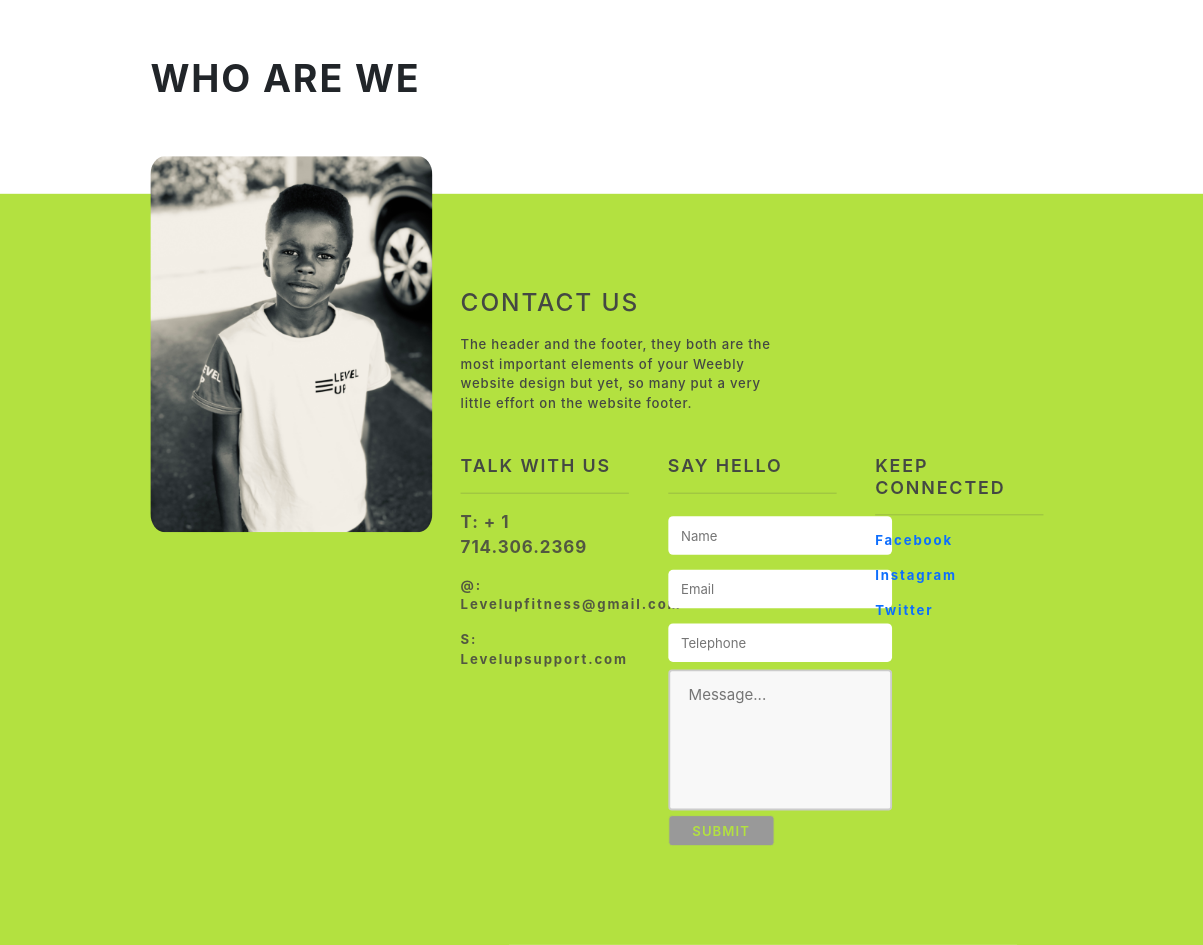
Repository: Bojurie/Level-up
Page: /about (app in client/)
An editor plug-in stored every save of this project. The page is shown before and after the next save, followed by the edit.
The browser window is 1280 px wide. The pictures show the part of the page from y = 314 to 1365 px (the page is 1319 px tall before and 1365 px after), at 94% of full size.
Some web fonts or font styles are not loaded; a fallback is used. Some web libraries are served in a nearby version. The project was rebuilt for these pictures with package versions that can differ from the ones it lists, and the page was loaded fresh each time. Also part of the build but not shown: client/src/components/Carousel.js, client/src/components/HomeVlog.css, client/src/components/HomeVlog.js, client/src/components/homeProducts.css, client/src/components/HomeProducts.js, client/src/components/Card.js, client/src/components/HomeShop.css, client/src/components/HomeShop.js and 10 more. Imported but missing from the stored project, and not drawn on this page: client/src/components/Chart.

Above is the page before, as saved 2022-11-30 06:26:35.

### client/public/index.html
<!DOCTYPE html>
<html lang="en">
  <head>
    <meta charset="utf-8" />
    <link rel="icon" href="%PUBLIC_URL%/favicon.ico" />
    <meta name="viewport" content="width=device-width, initial-scale=1" />
    <meta name="theme-color" content="#000000" />
    <meta
      name="description"
      content="Web site created using create-react-app"
    />
    <link rel="apple-touch-icon" href="%PUBLIC_URL%/logo192.png" />
    <link rel="manifest" href="%PUBLIC_URL%/manifest.json" />

    <link rel="preconnect" href="https://fonts.googleapis.com" />
    <link rel="preconnect" href="https://fonts.gstatic.com" crossorigin />
    <link
      href="https://fonts.googleapis.com/css2?family=Asap+Condensed:ital,wght@0,400;0,500;1,400&family=Chivo:wght@300;400&family=Jura:wght@300;400;500;600;700&family=Lato:ital,wght@0,400;0,700;1,400&family=Nunito+Sans:wght@400;600&family=Oswald:wght@300;500;700&family=Playball&family=Roboto:ital,wght@0,400;0,500;1,500&family=Wallpoet&display=swap"
      rel="stylesheet"
    />

    <link
      rel="stylesheet"
      href="https://cdn.jsdelivr.net/npm/bootstrap@5.1.3/dist/css/bootstrap.min.css"
      integrity="sha384-1BmE4kWBq78iYhFldvKuhfTAU6auU8tT94WrHftjDbrCEXSU1oBoqyl2QvZ6jIW3"
      crossorigin="anonymous"
    />
    <script
      src="https://kit.fontawesome.com/5ffdb52964.js"
      crossorigin="anonymous"
    ></script>
    <title>React App</title>
    <script
      src="https://kit.fontawesome.com/5ffdb52964.js"
      crossorigin="anonymous"
    ></script>
  </head>
  <body>
    <noscript>You need to enable JavaScript to run this app.</noscript>
    <div id="root"></div>
    <!--
      This HTML file is a template.
      If you open it directly in the browser, you will see an empty page.

      You can add webfonts, meta tags, or analytics to this file.
      The build step will place the bundled scripts into the <body> tag.

      To begin the development, run `npm start` or `yarn start`.
      To create a production bundle, use `npm run build` or `yarn build`.
    -->
  </body>
</html>

### client/src/App.js
import React from 'react';
// import { BrowserRouter as Router, Route, Routes } from 'react-router-dom';
import { BrowserRouter as Router, Route, Routes} from 'react-router-dom'


import Home from './pages/Home';
import About from './pages/About';
import Shop from './pages/Shop';
import Contact from './pages/Contact';
import Navbar from './components/Navbar';
import Footer from './components/Footer';
import LogIn from './pages/LogIn';
import Register from './pages/Register';
import Chart from './components/Chart';
import Vlog from './pages/Vlog';

import {DataProvider} from './components/Context'


function App() {

  return (
        <Router>
          <DataProvider>
          <Navbar />
          <Routes>
              <Route path='/' element={<Home />} />
              <Route path='/about' element={<About />} />
              <Route path='/contact' element={<Contact />} />
              <Route path='/shop' element={<Shop />} />
              <Route path='/vlog' element={<Vlog />} />
              <Route path='/login' element={<LogIn/>} />
              <Route path='/register' element={<Register />} />
              <Route path='/chart' element={<Chart/>} />
          </Routes>
          <Footer />
          </DataProvider>
        </Router>
  );
}

export default App;

### client/src/pages/About.js
import React from 'react';
import './About.css';

import DarkImage from '../images/IMG_5367.jpg'
import { FormTitle } from '../components/FormTitle';
const imgse = DarkImage;

const About = () => {

  return (
    <div className='about'>
    <FormTitle className="sign-in-form__title" />
      <div className=''>
          <div className='aboutContainer'>
            <h1> Who Are We </h1>
            <div className='aboutContent'>
              <div className='aboutParagraph'>
                <div>
                    <div className='AboutHistory'>
                        <div className='history-img'>
                            <img src={imgse} alt='img'/>
                        </div>
                        <div className='history-content'>

                        </div>
                    </div>
                    <div className='AboutGoal'>

                    </div>
                    <div className='Aboutproduct'>

                    </div>
                </div>



              </div>
            </div>
          </div>
      </div>
    </div>
  );
}

export default About;

### client/src/components/Navbar.js
import React from 'react';
import { Link } from 'react-router-dom';

import './Navbar.css'
import Logo from '../images/Logo.png'



const Navbar = () => {
  return (
    <nav className='navbar'>
      <div className='navbar-wrapper'>
        <Link to='/' className='logo'>
            <img src={Logo} alt='logo' />
        </Link>
        <ul className='navbar-links'>
            <Link to='/' >Home </Link>
            <Link to='/shop'> Shop</Link>
            <Link to='/Vlog'> V-Log</Link>
            <Link to='/about'> About</Link>
            <Link to='/contact'> Contact</Link>
            <Link to='/login'> Login </Link>
            <Link to='/register'>SignUp</Link>
            <Link to='/chart'><i class="fa-solid fa-cart-shopping"></i></Link>

        </ul>
      </div>

    </nav>
  );
}

export default Navbar;

### client/src/components/Footer.js
import React from 'react';
import { Link } from 'react-router-dom';
  import { FontAwesomeIcon } from '@fortawesome/react-fontawesome'
  import { instagram } from '@fortawesome/free-solid-svg-icons'

import './Footer.css';

const Footer = () => {
  return (
    <div className='footer'>
      <div className='footer-wrapper'>
        <div className='footer-header-wrapper'>
          <div className='footer-header'>
            <h1>Contact Us</h1>
          </div>
          <div className='footer-paragraph'>
            <p>The header and the footer, they both are the most important elements of your Weebly website design but yet, so many put a very little effort on the website footer.</p>
          </div>

        </div>
        <div className='footer-nav-content'>
            <div className='footer-navs-left'>
              <h3>Talk With Us</h3><hr/>
              <div className='footer-contact'>
                <div className='tel'>
                  <p>T: + 1 714.306.2369</p>
                </div>
                <div className='email'>
                  <p>@: Levelupfitness@gmail.com</p>
                </div>
                <div className='support'>
                  <p>S: Levelupsupport.com</p>
                </div>

              </div>

            </div>
            <div className='footer-navs-middle'>
                <h3>Say Hello</h3><hr/>
              <div className='footer-form'>

                  <form className='form'>
                    <input type='text' placeholder=' Name' />
                    <input type='text' placeholder=' Email' />
                    <input type='text' placeholder=' Telephone' />
                    <textarea placeholder='Message...' />
                  </form>
                  <div className='form-btn'>
                    <input type='submit' placeholder='' />
                  </div>

              </div>
            </div>
            <div className='footer-navs-right'>
              <h3>Keep Connected</h3><hr/>
              <div className='social-media'>
                <p><Link to='/'>Facebook</Link></p>
                <p><Link to='/'><FontAwesomeIcon icon="fa-brands fa-instagram" /> Instagram</Link></p>
                <p><Link to='/'>Twitter</Link></p>

              </div>

            </div>
        </div>


      </div>
    </div>
  );
}

export default Footer;

### client/src/components/Context.js
import React,{Component} from 'react';
export const DataContext = React.createContext();

export class DataProvider extends Component {
  constructor(props) {
    super(props)

    this.state = {
       products: [
         {
          "_id": "1",
          "title": "Level-Up Sweat Pant",
          "src": "https://images.unsplash.com/photo-1618354691373-d851c5c3a990?ixlib=rb-1.2.1&ixid=MnwxMjA3fDB8MHxwaG90by1wYWdlfHx8fGVufDB8fHx8&auto=format&fit=crop&w=658&q=80",
          "description": "Classic fit for running and outdoor activities.",
          "price": 39,
          "colors": ["red", "blue", "black"],
          "count": 2,
         },
         {
          "_id": "2",
          "title": "Kids Level-Up SweatPant",
          "src": "https://images.unsplash.com/flagged/photo-1555895312-bbc472c964f3?ixlib=rb-1.2.1&ixid=MnwxMjA3fDB8MHxwaG90by1wYWdlfHx8fGVufDB8fHx8&auto=format&fit=crop&w=388&q=80",
          "description": "Kids track sweatsuit for running or leisure activities",
          "price": 20,
          "colors": ["red", "blue", "black"],
          "count": 2,
         },
         {
          "_id": "3",
          "title": "Level Up Tank Top",
          "src": "https://images.unsplash.com/photo-1618354691373-d851c5c3a990?ixlib=rb-1.2.1&ixid=MnwxMjA3fDB8MHxwaG90by1wYWdlfHx8fGVufDB8fHx8&auto=format&fit=crop&w=658&q=80",
          "description": "description",
          "price": 20,
          "colors": ["red", "blue", "black"],
          "count": 2,
         },
         {
          "_id": "4",
          "title": "Level Up T-Shirt",
          "src": "https://images.unsplash.com/photo-1618354691373-d851c5c3a990?ixlib=rb-1.2.1&ixid=MnwxMjA3fDB8MHxwaG90by1wYWdlfHx8fGVufDB8fHx8&auto=format&fit=crop&w=658&q=80",
          "description": "description",
          "price": 20,
          "colors": ["red", "blue", "black"],
          "count": 2,
         },
         {
          "_id": "5",
          "title": "Level Up Sweater",
          "src": "https://images.unsplash.com/photo-1618354691373-d851c5c3a990?ixlib=rb-1.2.1&ixid=MnwxMjA3fDB8MHxwaG90by1wYWdlfHx8fGVufDB8fHx8&auto=format&fit=crop&w=658&q=80",
          "description": "description",
          "price": 20,
          "colors": ["red", "blue", "black"],
          "count": 2,
         },
         {
          "_id": "6",
          "title": "Level Up Embroidery Shirt",
          "src": "https://images.unsplash.com/photo-1618354691373-d851c5c3a990?ixlib=rb-1.2.1&ixid=MnwxMjA3fDB8MHxwaG90by1wYWdlfHx8fGVufDB8fHx8&auto=format&fit=crop&w=658&q=80",
          "description": "description",
          "price": 20,
          "colors": ["red", "blue", "black"],
          "count": 2,
         },
       ]
    }
  }

  render(){
    const {products} = this.state;
    return(
      <DataContext.Provider value={{products}}>
        {this.props.children}
      </DataContext.Provider>
    )
  }
}
export default DataProvider;

### client/src/pages/About.css


.aboutContainer h1 {
  padding: 20px 0 50px 0;
  text-transform: uppercase;
  font-weight: bold;
  letter-spacing: 2px;
}

.aboutContainer {
  padding: 40px 160px;
}

.aboutParagraph p {
  letter-spacing: 1px;
  line-height: 30px;
  font-weight: 500;
}

.aboutParagraph img {
 width: 300px;
  border-radius: 5%;
  float: left;
  margin: 0 30px 0 0;
}

/* .aboutContent {
  display: flex;
  width: 100%;
} */

### client/src/components/FormTitle.js
import React from "react";
import './FormTitle.css';

export function FormTitle(props) {
  const { className, text } = props;
  return <h1 className={`${className} form-title`}>{text}</h1>;
}

### client/src/components/Navbar.css
.logo img {
  width: 250px;
}

.navbar {
  padding-top: 0;
  display: contents;
}

.navbar-wrapper {
  display: flex;
  /* justify-content: center; */
  align-items: center;
  height: 90px;
  background: #b3e140;
  padding: 0 50px;
  justify-content: space-between;
}

.navbar-links {
  margin-bottom: 0;
}

.navbar-links a {
  font-size: 14px;
  letter-spacing: 2px;
  font-weight: 700;
  text-transform: capitalize;
  margin: 0 10px;
  color: rgb(68, 72, 67);

}

a {
  list-style: none;
  text-decoration: none;
}

### client/src/components/Footer.css
.footer {
  background-color: #b3e140;
      font-size: 14px;
    letter-spacing: 2px;
    font-weight: 700;

    color: rgb(68, 72, 67);
}
.footer-header h1 {
 font-size: 26px;
 text-transform: uppercase;
 letter-spacing: 2px;
}

.footer-navs {
  text-decoration: none;
  list-style-type: none;

}
.footer-navs li{
  padding: 10px 0;
  letter-spacing: 1px;
  text-transform: uppercase;
  font-weight: 600;

}
.footer-wrapper {
  padding: 100px 160px;
}

.footer-contact {



}
.footer-nav-content p {
 color: #424141db;
}
.footer-contact > .tel p{
    font-size: 18px;
    letter-spacing: 1px;

}
.footer-contact > .email p{
    font-size: 14px;
    /* letter-spacing: 2px; */
}
.footer-contact > .support p{
    font-size: 14px;
    letter-spacing: 2px;
}
.footer-paragraph {
  width: 70%;
  letter-spacing: .8px;
  font-weight: 500;
  padding: 10px 0;
}
.footer-wrapper h3{
 text-transform: uppercase;
 letter-spacing: 2px;
 font-size: 19px;
 font-weight: 600;

}

.footer-nav-content {
  display: flex;
  justify-content: space-between;
}



.footer-navs-left,
.footer-navs-middle,
.footer-navs-right{

  padding: 20px 10px 0 0;
  border-radius: 10px;
}

.footer-form {
  background-color: none !important;
}

/* footer Left section */
.footer-navs-left {
  width: 30%;
}

/* footer Middle section */
.footer-navs-middle {
 width: 30%;
}

.form {
  display: grid;
}
.form input {
  padding: 10px ;
  margin: 8px 0;
  border-radius: 5px;
  border: none;
}
.form input:focus {
  border: none;
}

.form textarea {
   width: 100%;
  height: 150px;
  padding: 12px 20px;
  box-sizing: border-box;
  border: 2px solid #ccc;
  border-radius: 4px;
  background-color: #f8f8f8;
  font-size: 16px;
  resize: none;
}
.form input:active {

  border: 1px solid rgb(241, 234, 234);

}
.form-btn {

}
.form-btn input {
     padding: 5px 25px;
    margin: 5px 0;
    border-radius: 4px;
    background-color: #999999;
    border: 1px solid  #b3e140;
    color: #b3e140;
    letter-spacing: 1.1px;
    font-weight: 600;
    text-transform: uppercase;
}

.footer-navs-right {
  width: 30%;
}

### client/src/components/Carousel.css
 .d-block {
   width: 100%;
   /* object-fit: cover; */
   /* object-position: 50% 50%; */
   /* background-size: contain;
   background-repeat: no-repeat; */
 }


 img {

   max-width: 100%;
   max-height: 100%;
   object-fit: cover;
   background-repeat: no-repeat;
 }

 .carousel-item img {
   width: 1000px;
   height: 500px;
 }

 .carousel-caption {
   top: 50%;
 }

 .carousel {
   object-fit: contain;
 }

### client/src/components/FormTitle.css
.form-title {
  font-size: 3rem;
  font-weight: 700;
  line-height: 2rem;
  margin: auto 0;
  color: white;
  background-image: url('https://images.unsplash.com/photo-1581397867105-8c988bd747e6?ixlib=rb-4.0.3&ixid=MnwxMjA3fDB8MHxwaG90by1wYWdlfHx8fGVufDB8fHx8&auto=format&fit=crop&w=1170&q=80') ;
    background-repeat: no-repeat;
  background-position: center;
  background-size: cover;
  padding: 7rem 0 7rem 10rem;
  letter-spacing: 5px;
  text-transform: uppercase;
  display: flex;
  justify-content: flex-start;

}
.form-title h1{


}


.shopForm-title {
 font-size: 3rem;
  font-weight: 700;
  line-height: 2rem;
  letter-spacing: 5px;
  text-transform: uppercase;
  display: flex;
  margin: auto 0;
   background-image: url('https://images.unsplash.com/photo-1581397867105-8c988bd747e6?ixlib=rb-4.0.3&ixid=MnwxMjA3fDB8MHxwaG90by1wYWdlfHx8fGVufDB8fHx8&auto=format&fit=crop&w=1170&q=80') ;
    background-repeat: no-repeat;
  background-position: center;
  background-size: cover;

  padding: 7rem 0 7rem 10rem;
  justify-content: flex-start;

}
.FormTitleLogin-title {
  font-size: 3rem;
  font-weight: 700;
  line-height: 2rem;
  padding: 6rem 0;
  letter-spacing: 5px;
  text-transform: uppercase;
  display: flex;
  justify-content: center;
  margin: auto 0;
   background-image: url('https://images.unsplash.com/photo-1609770231080-e321deccc34c?ixlib=rb-4.0.3&ixid=MnwxMjA3fDB8MHxwaG90by1wYWdlfHx8fGVufDB8fHx8&auto=format&fit=crop&w=765&q=80') ;
    background-repeat: no-repeat;
  background-position: center;
  background-size: cover;

}
.ContactForm-title {
 /* font-size: 3rem;
  font-weight: 700;
  line-height: 2rem;
  text-transform: uppercase; */
  display: flex;
  margin: auto 0;
   background-image: url('https://images.unsplash.com/photo-1587560699334-bea93391dcef?ixlib=rb-4.0.3&ixid=MnwxMjA3fDB8MHxwaG90by1wYWdlfHx8fGVufDB8fHx8&auto=format&fit=crop&w=1170&q=80') ;
    background-repeat: no-repeat;

 padding: 7rem 0 7rem 10rem;
  letter-spacing: 5px;
  justify-content: flex-start;

}
.RegisterForm-title {
  font-size: 3rem;
  font-weight: 700;
  line-height: 2rem;
  padding: 6rem 0;
  letter-spacing: 5px;
  text-transform: uppercase;
  display: flex;
  justify-content: center;
  margin: auto 0;
   background-image: url('https://images.unsplash.com/photo-1563906267088-b029e7101114?ixlib=rb-4.0.3&ixid=MnwxMjA3fDB8MHxwaG90by1wYWdlfHx8fGVufDB8fHx8&auto=format&fit=crop&w=1170&q=80') ;
    background-repeat: no-repeat;
  /* background-position: bottom; */
  /* background-size: cover; */
    /* background-attachment: */


}
.VlogForm_title h1{


}
.VlogForm_title {
  /* font-size: 3rem;
  font-weight: 700;
  line-height: 2rem; */
  padding: 7rem 0 7rem 10rem;
  letter-spacing: 5px;
  text-transform: uppercase;
  display: flex;
  justify-content: flex-start;
  margin: auto 0;
   background-image: url('https://images.unsplash.com/photo-1440778303588-435521a205bc?ixlib=rb-4.0.3&ixid=MnwxMjA3fDB8MHxwaG90by1wYWdlfHx8fGVufDB8fHx8&auto=format&fit=crop&w=1470&q=80') ;
    background-repeat: no-repeat;
  background-position: center;
  background-size: cover;

}

@media screen and (max-width: 414px) {
  .form-title {
    padding: 4rem 1rem;

  }

}

### client/src/components/auth/LoginForm.css
.loginForm-wrapper {
  text-align: center;
    justify-content: center;
    width: 600px;
    margin: auto;
    padding: 90px 0;

}
.login-header {
  text-transform: uppercase;
  letter-spacing: 2px;
  font-weight: 600;
}


form {
  display: grid;
}

.loginForm-header {
  font-size: 20px;
}

.loging
form input {
  margin: 5px 0;
  padding: 10px;
  border-radius: 10px;
  border: 1px solid white;
  background-color: rgba(243, 247, 255, 0.715) !important;
}
form input:focus{
  border: 2px solid green;
}
form > .loginBtn > input{
  padding: 8px;
  width: 100%;
  background-color:#999999!important;
  color: #ccf368;
  font-weight: 700;
  border: none;
  margin:5px 0 ;
  font-size: 20px;
  letter-spacing: 3px;
}

### client/src/components/auth/registerForm.css

.registerForm-wrapper {
  text-align: center;
    justify-content: center;
    width: 600px;
    margin: auto;
    padding: 90px 0;

}
.login-header {
  text-transform: uppercase;
  letter-spacing: 2px;
  font-weight: 600;
}


form {
  display: grid;
}

.loginForm-header {
  font-size: 20px;
}

.register
form input {
  margin: 5px 0;
  padding: 10px;
  border-radius: 10px;
  border: 1px solid white;

}
form input:focus{
  border: 2px solid green;
}
form > .loginBtn > input{
  padding: 8px;
  width: 100%;
  background-color: #b3e140 !;
  border: none;
  margin:5px 0 ;
}

Loaded but not shown: client/src/index.js (common file); client/src/index.css (common file)

After the next save:
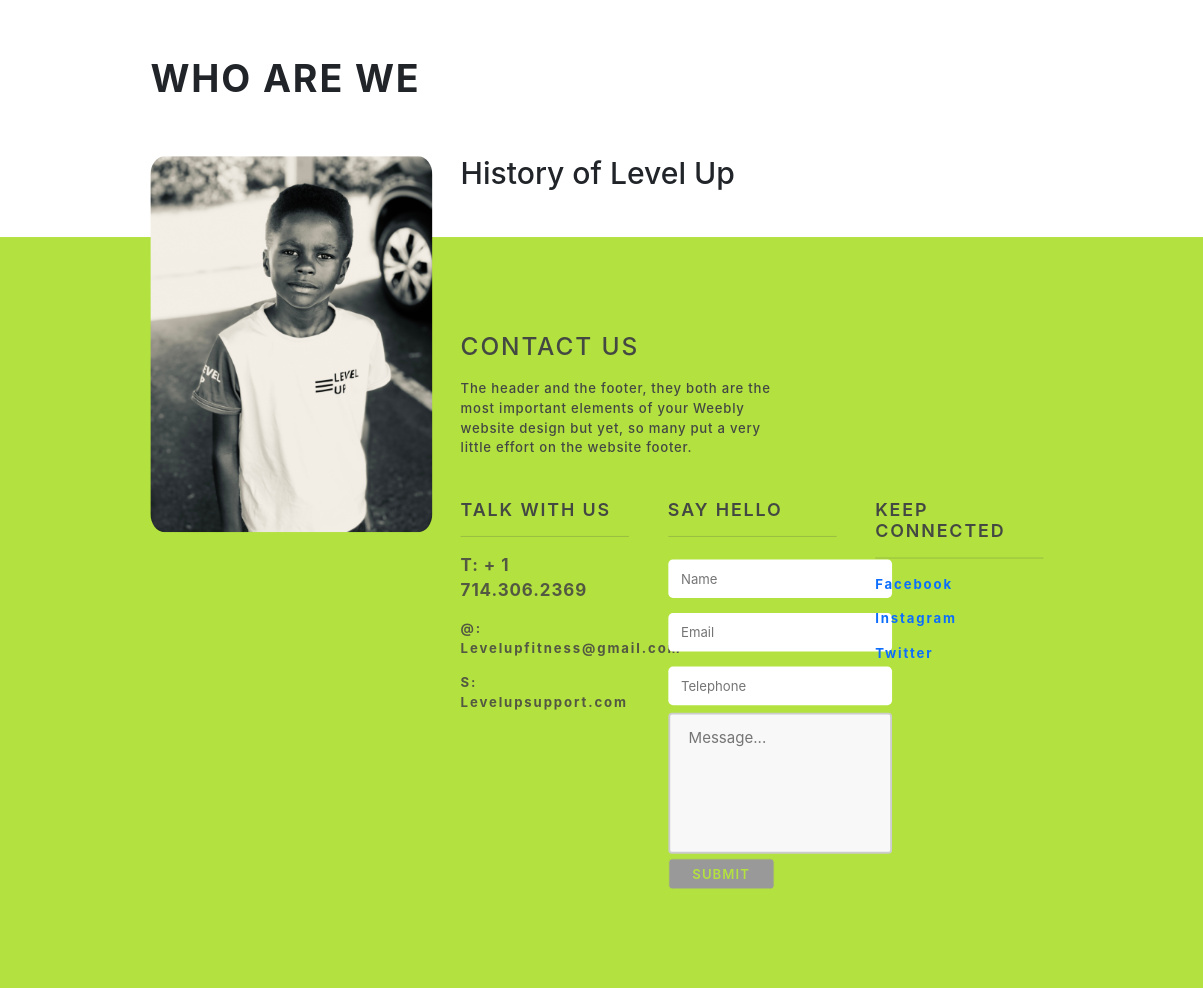
Saved 87 s later.
--- a/client/src/pages/About.js
+++ b/client/src/pages/About.js
@@ -21,7 +21,7 @@ const About = () => {
                             <img src={imgse} alt='img'/>
                         </div>
                         <div className='history-content'>
-
+                          <h2>History of Level Up</h2>
                         </div>
                     </div>
                     <div className='AboutGoal'>
